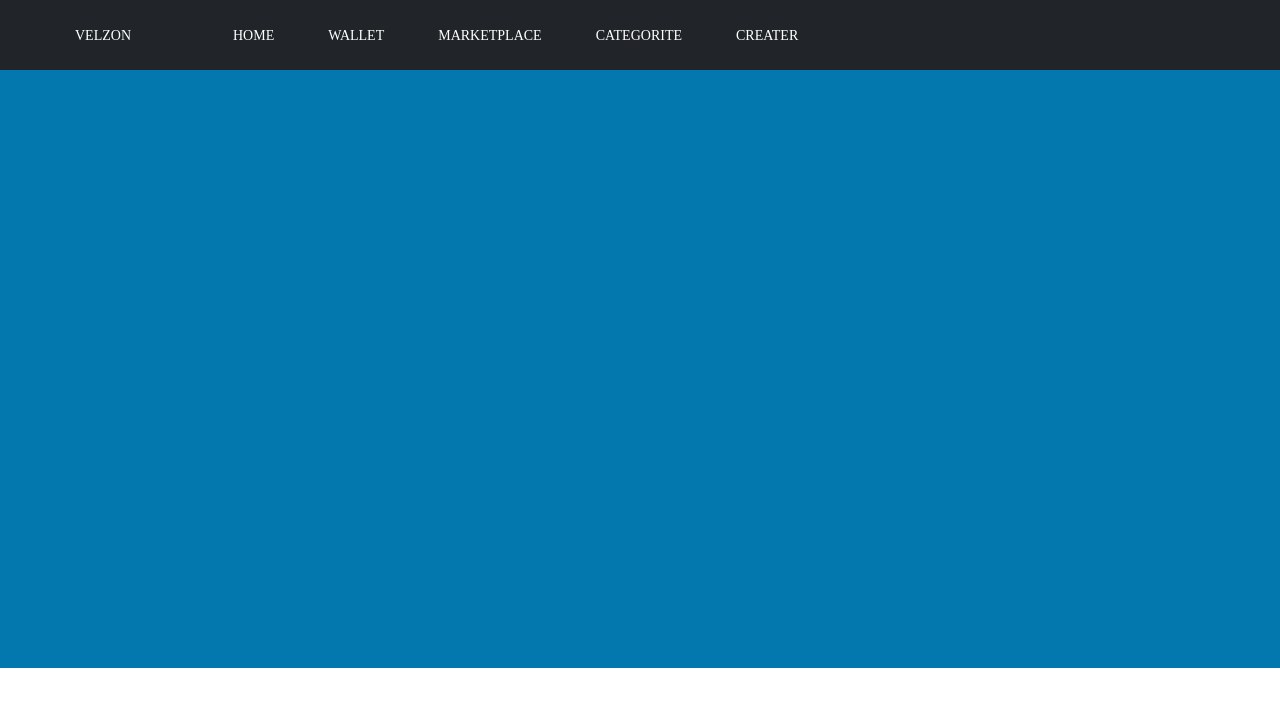
Repository: HuynhDuc23/Webvideodesgin
Page: index.html
An editor plug-in stored every save of this project. The page is shown before and after the next save, followed by the edit.
The browser window is 1280 px wide. The pictures show the whole page.
The style sheet was rebuilt from its Sass, Less or Tailwind sources for each picture, by a compiler version that may differ from the author's.

Above is the page before, as saved 2023-04-25 11:14:32.

After the next save:
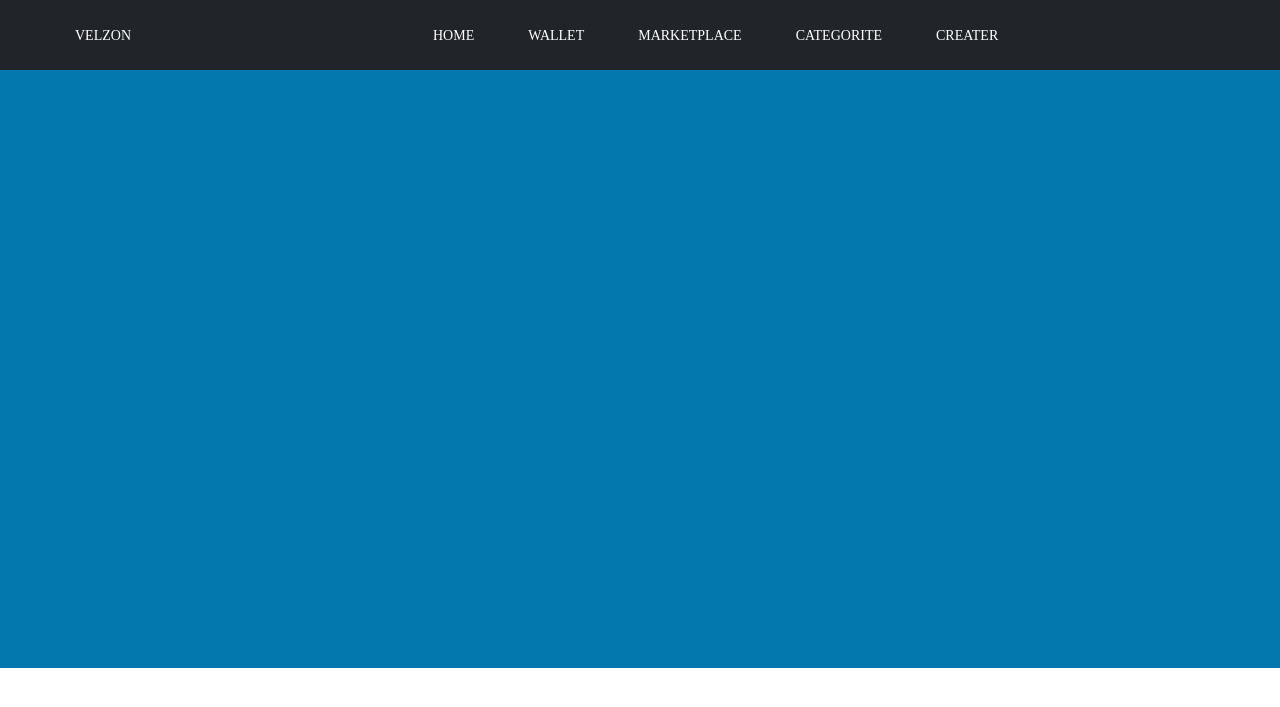
Saved 65 s later.
--- a/style.scss
+++ b/style.scss
@@ -35,6 +35,7 @@ html {
     &__list {
         display: flex;
         align-items: center;
+        padding-left: 200px;
 
     }
     &__items {
